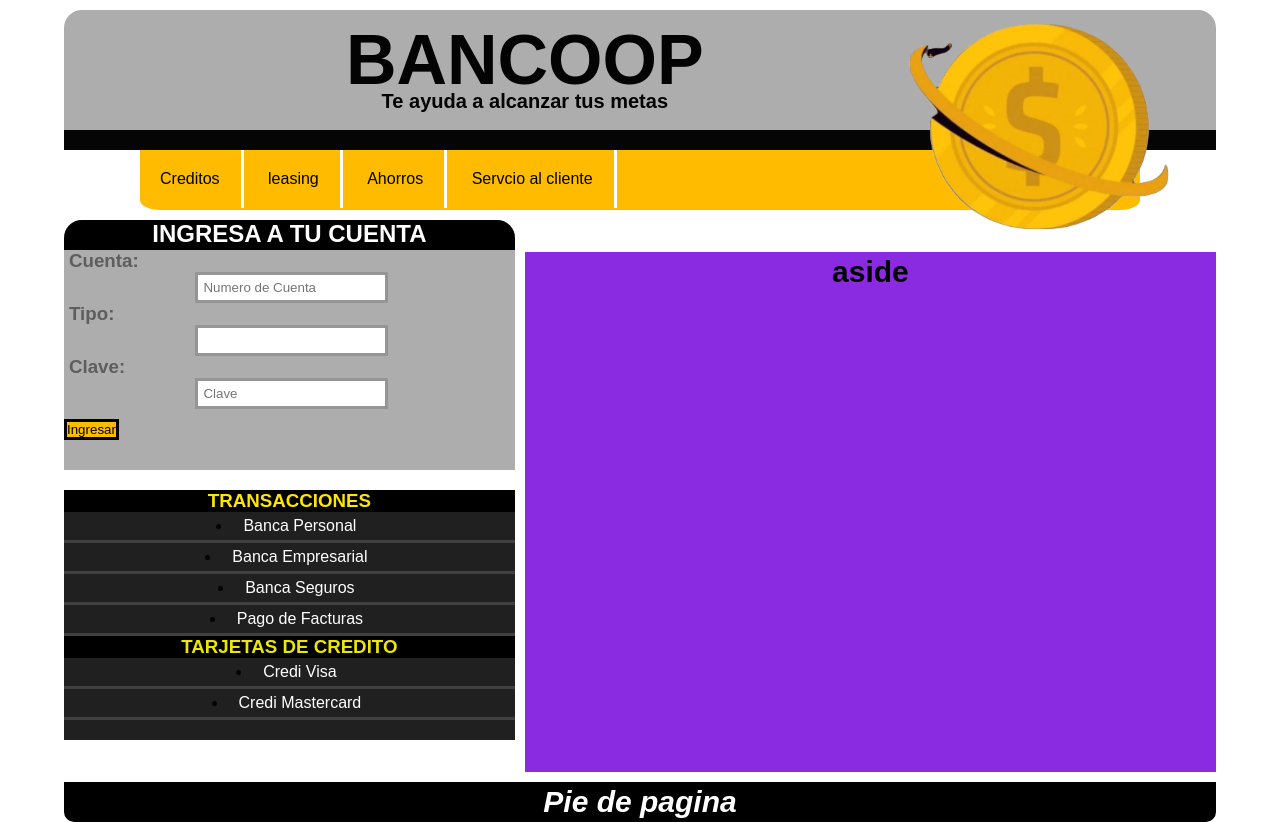
Repository: NickArregoces/BANCOOP
Page: Index.html
These files come from the project's save history. The page is drawn as it stood at one moment and after the next save; the edit follows.
The browser window is 1280 px wide. The pictures show the whole page.

Above is the page before, as saved 2021-09-29 21:01:06.

After the next save:
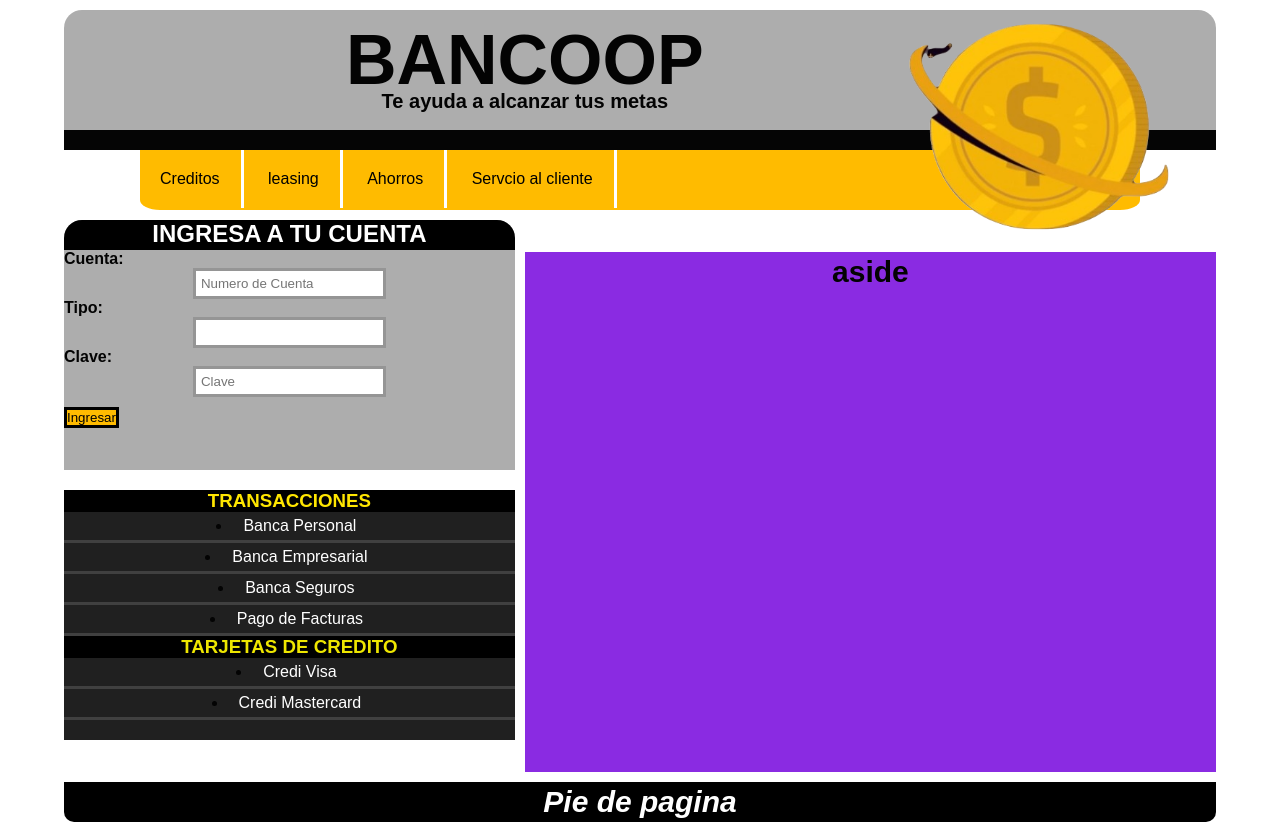
Saved 69 s later.
--- a/Index.html
+++ b/Index.html
@@ -35,11 +35,11 @@
                 <form action="" class="login">
                     <h2 style="color: rgb(255, 255, 255);">INGRESA A TU CUENTA</h2>
 
-                    <h3 >Cuenta:<input type="number" placeholder="Numero de Cuenta"></h3>
+                    <h4 >Cuenta:<input type="number" placeholder="Numero de Cuenta"></h4>
 
-                    <h3>Tipo:<input type="text"></h3>
+                    <h4>Tipo:<input type="text"></h4>
 
-                    <h3>Clave:<input type="password" placeholder="Clave"></h3>
+                    <h4>Clave:<input type="password" placeholder="Clave"></h4>
 
                     <button class="sumbit"> Ingresar </button>
                 </form>
